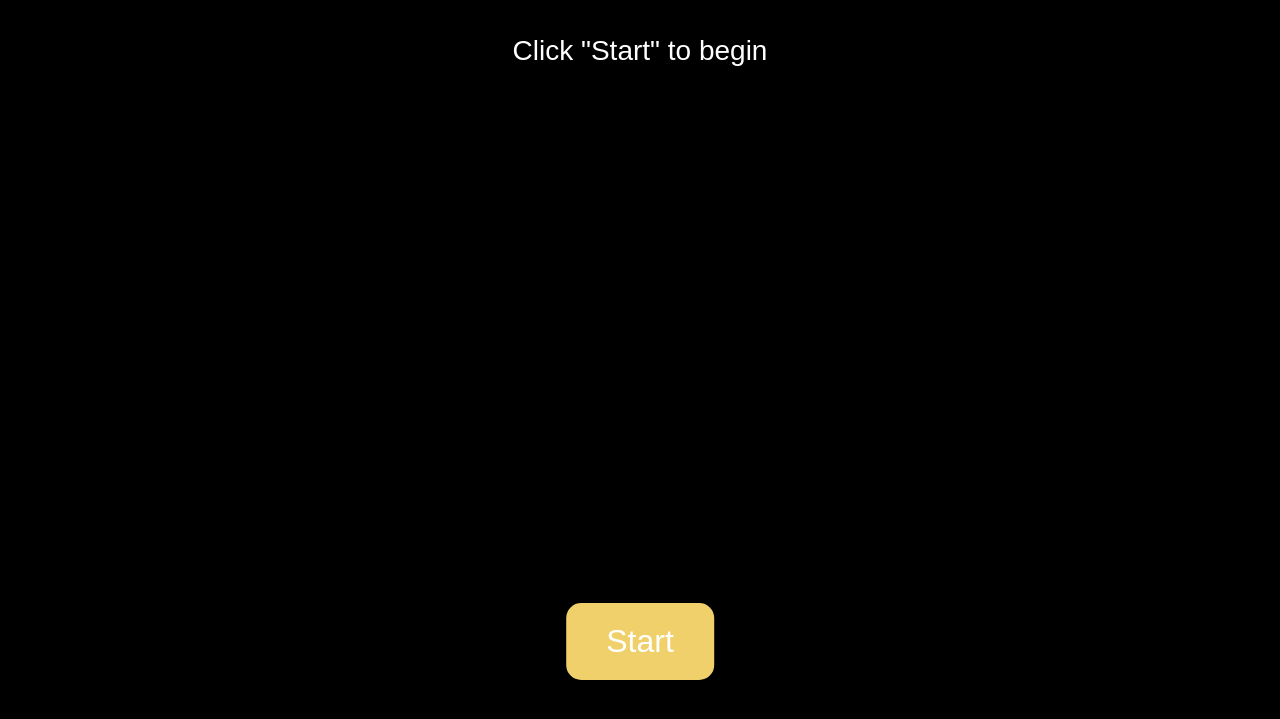
Repository: Jayhawk2000/AR_Game_DCD_Children
Page: challenge/balance/index.html
An editor plug-in stored every save of this project. The page is shown before and after the next save, followed by the edit.
The browser window is 1280 px wide. The pictures show the whole page.

Above is the page before, as saved 2024-10-07 16:57:52.

After the next save:
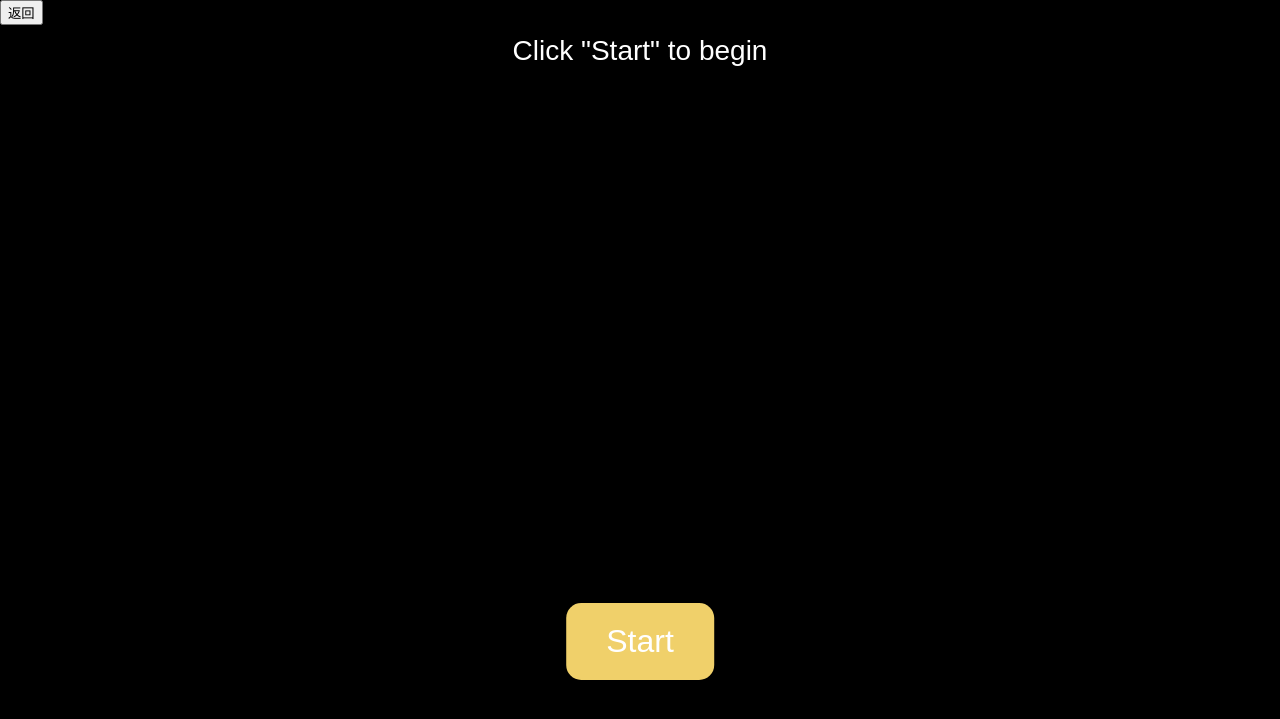
Saved 3 min 19 s later.
--- a/challenge/balance/index.html
+++ b/challenge/balance/index.html
@@ -28,6 +28,8 @@
       <button id="returnButton">Return to Start</button>
     </div>
 
+    <button id="backButton" class="back-button">返回</button>
+
     <script
       src="https://cdn.jsdelivr.net/npm/@mediapipe/camera_utils/camera_utils.js"
       crossorigin="anonymous"
